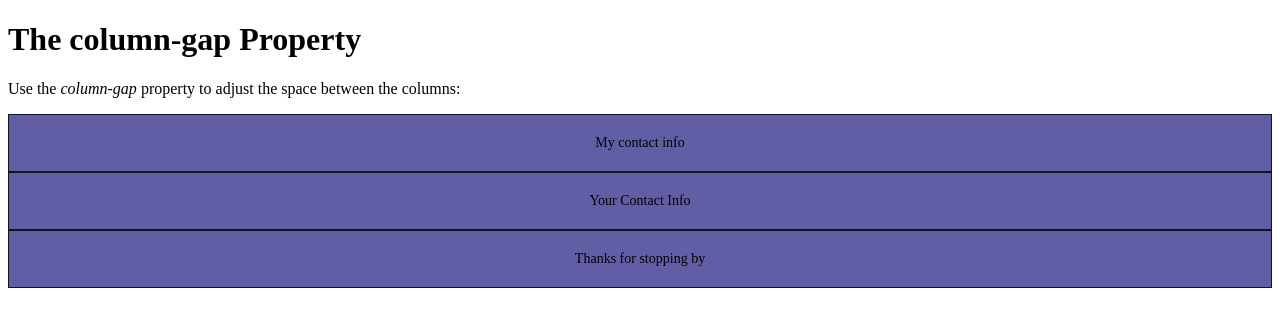
Repository: Melinda-Nanjad-Personal-Website/Personal-web
Page: test.html
An editor plug-in stored every save of this project. The page is shown before and after the next save, followed by the edit.
The browser window is 1280 px wide. The pictures show the whole page.

Above is the page before, as saved 2023-07-27 21:05:40.

After the next save:
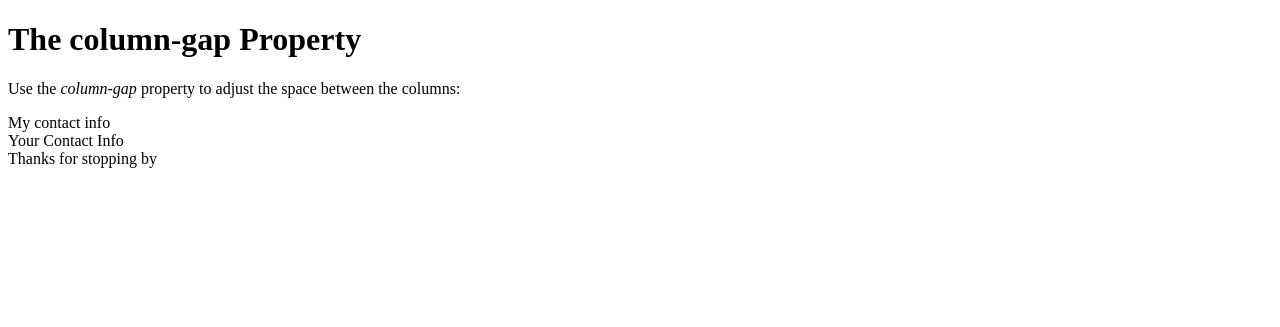
Saved 18 s later.
--- a/cf.css
+++ b/cf.css
@@ -37,7 +37,7 @@
   padding: 50px;
 }
 
-.grid-item {
+.grid-item-2 {
   background-color: rgba(59, 54, 144, 0.8);
   border: 1px solid rgba(0, 0, 0, 0.8);
   padding: 20px;

After the save that followed:
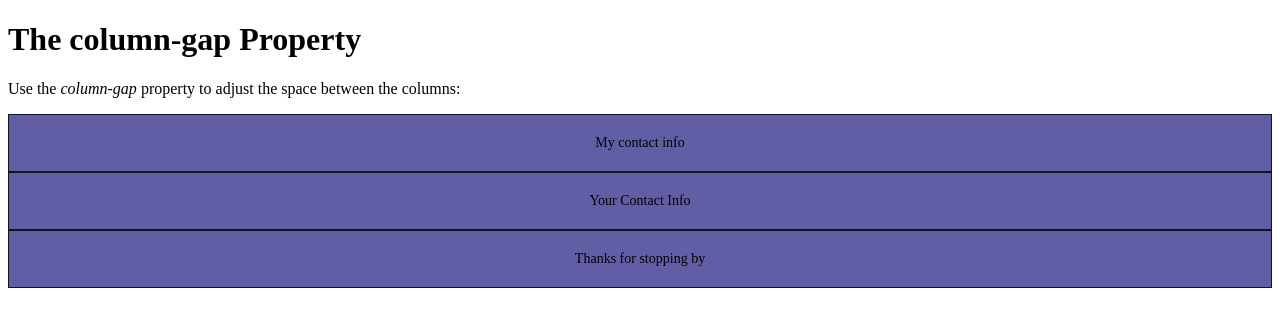
Saved 4 s later.
--- a/cf.css
+++ b/cf.css
@@ -37,7 +37,7 @@
   padding: 50px;
 }
 
-.grid-item-2 {
+.grid-item{
   background-color: rgba(59, 54, 144, 0.8);
   border: 1px solid rgba(0, 0, 0, 0.8);
   padding: 20px;
